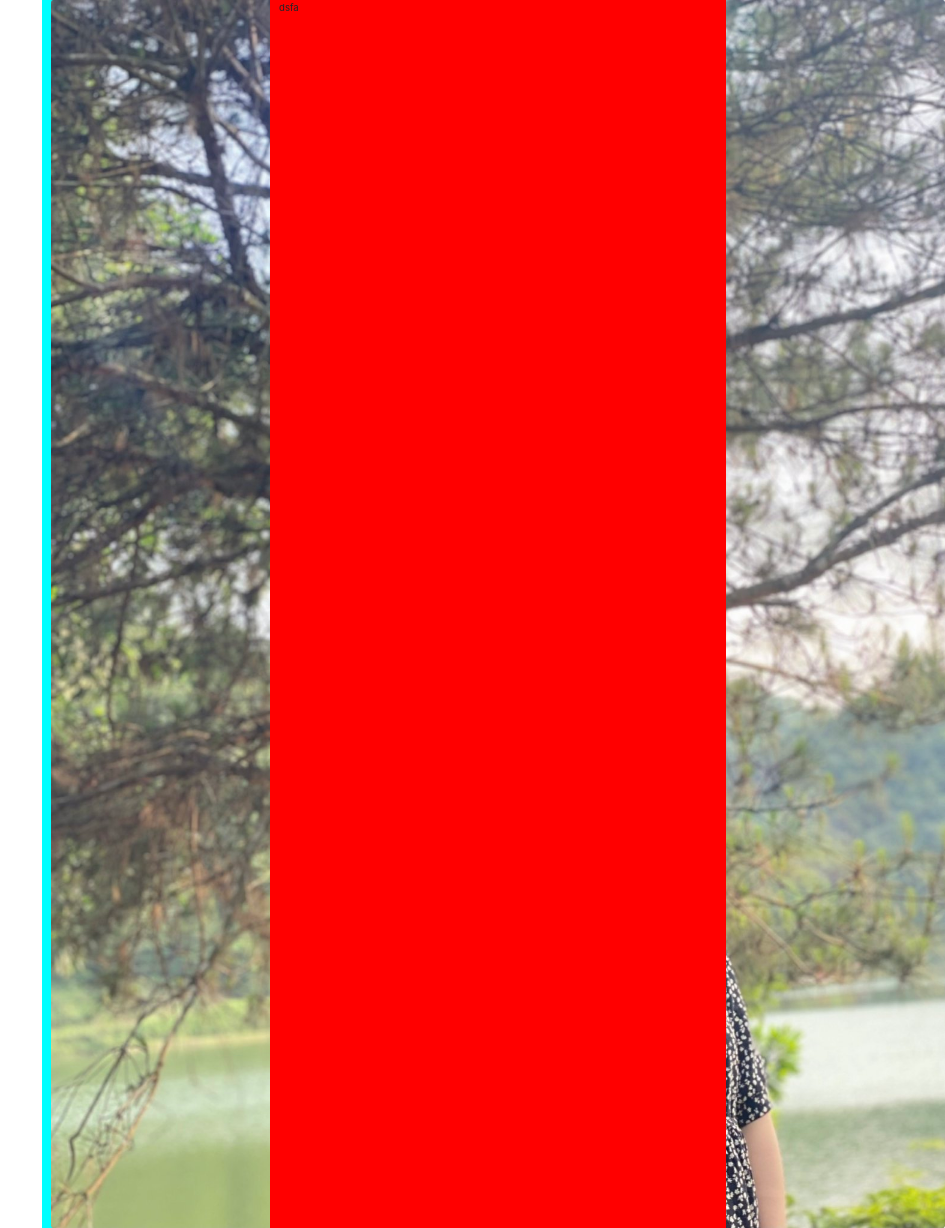
Repository: huyennvo/CSS
Page: CV/index.html
An editor plug-in stored every save of this project. The page is shown before and after the next save, followed by the edit.
The browser window is 1280 px wide. The page is 1575 px wide, so the pictures cover 1575 px, including what lies to the right of the window. The pictures show the whole page, at 60% of full size.

Above is the page before, as saved 2022-07-18 14:34:37.

After the next save:
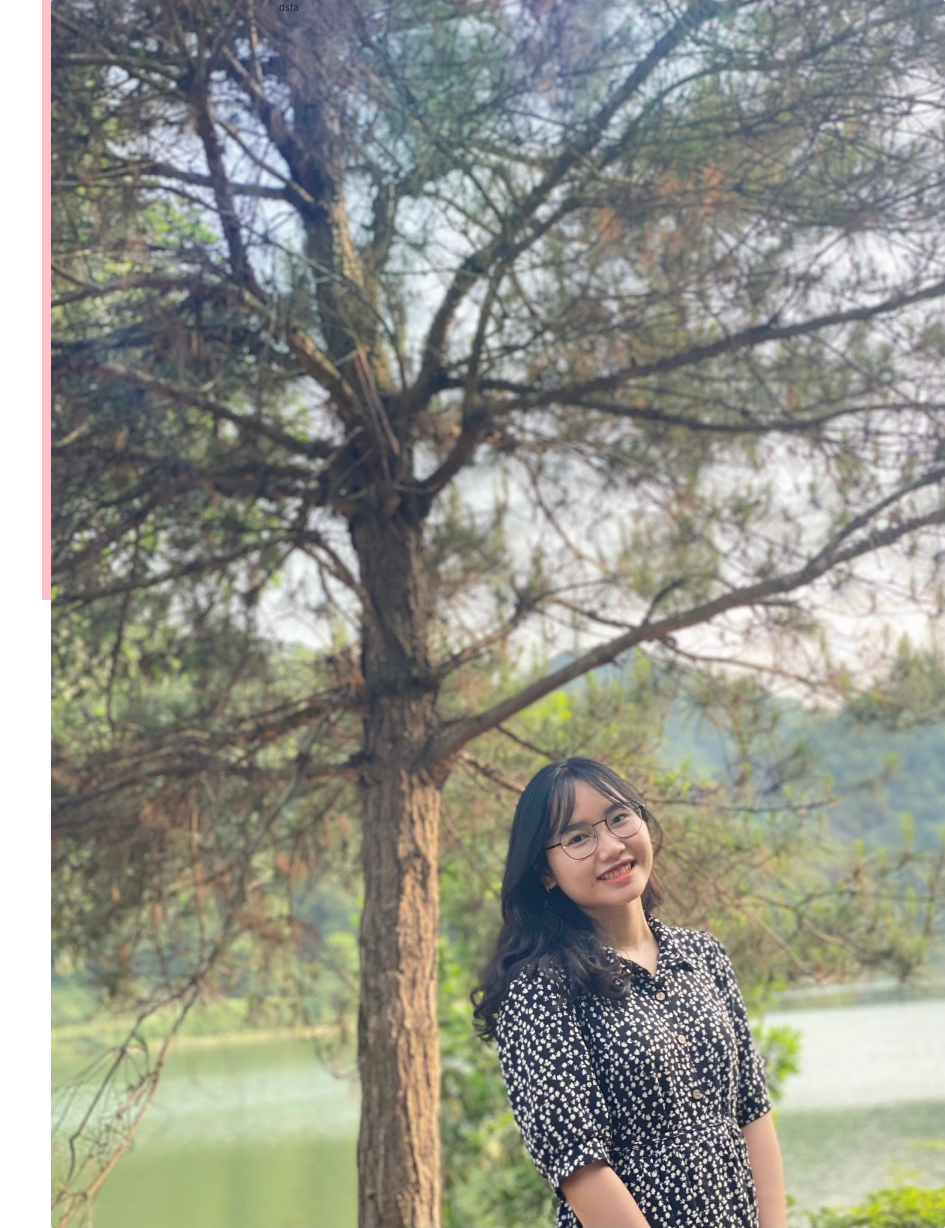
Saved 9 s later.
--- a/CV/style.css
+++ b/CV/style.css
@@ -10,9 +10,9 @@
 }
 
 .left {
-    background-color: aqua;
+
 }
 
 .right {
-    background-color: red;
+
 }
